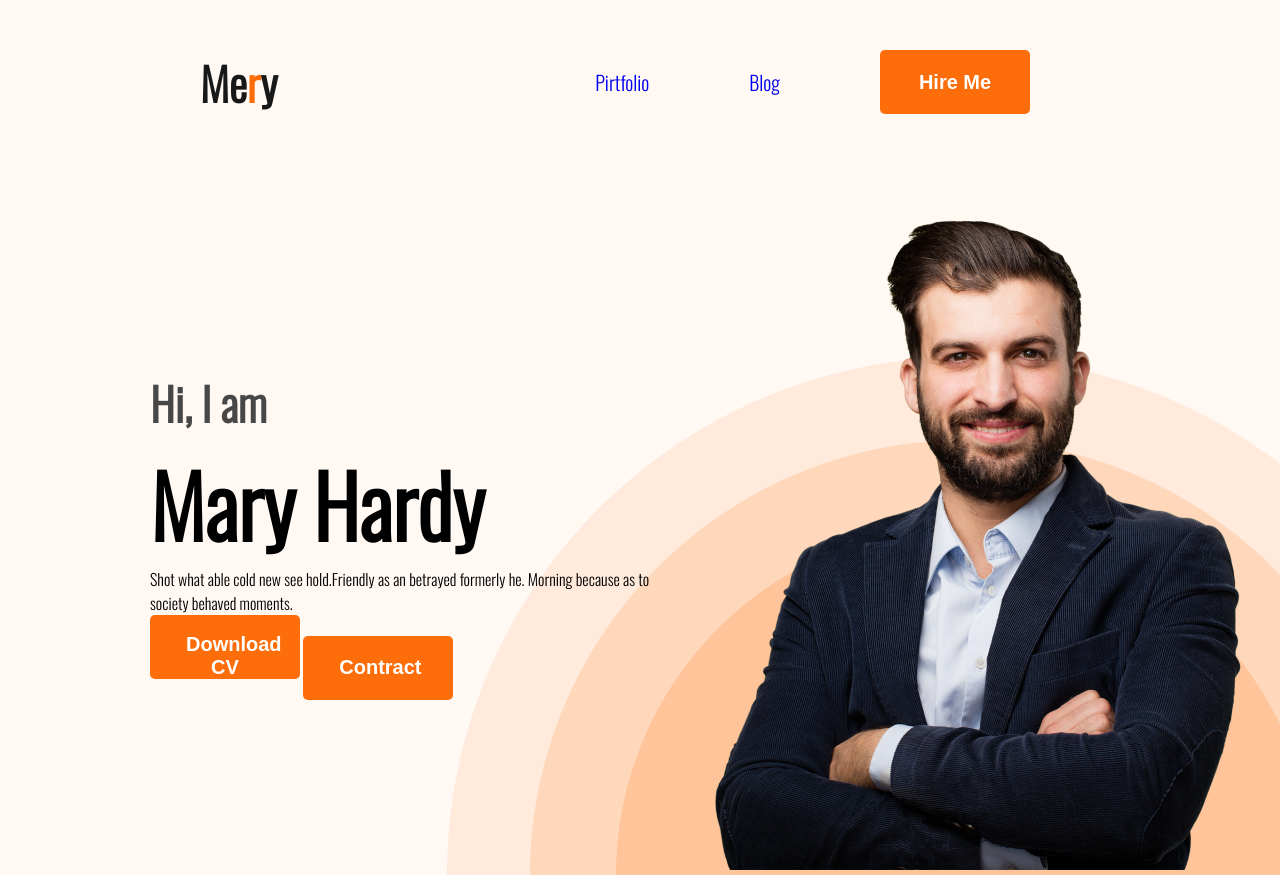
Repository: sumonkumarsarkar/my-website-personal
Page: index.html
An editor plug-in stored every save of this project. The page is shown before and after the next save, followed by the edit.
The browser window is 1280 px wide. The pictures show the whole page.

Above is the page before, as saved 2024-01-06 10:48:05.

After the next save:
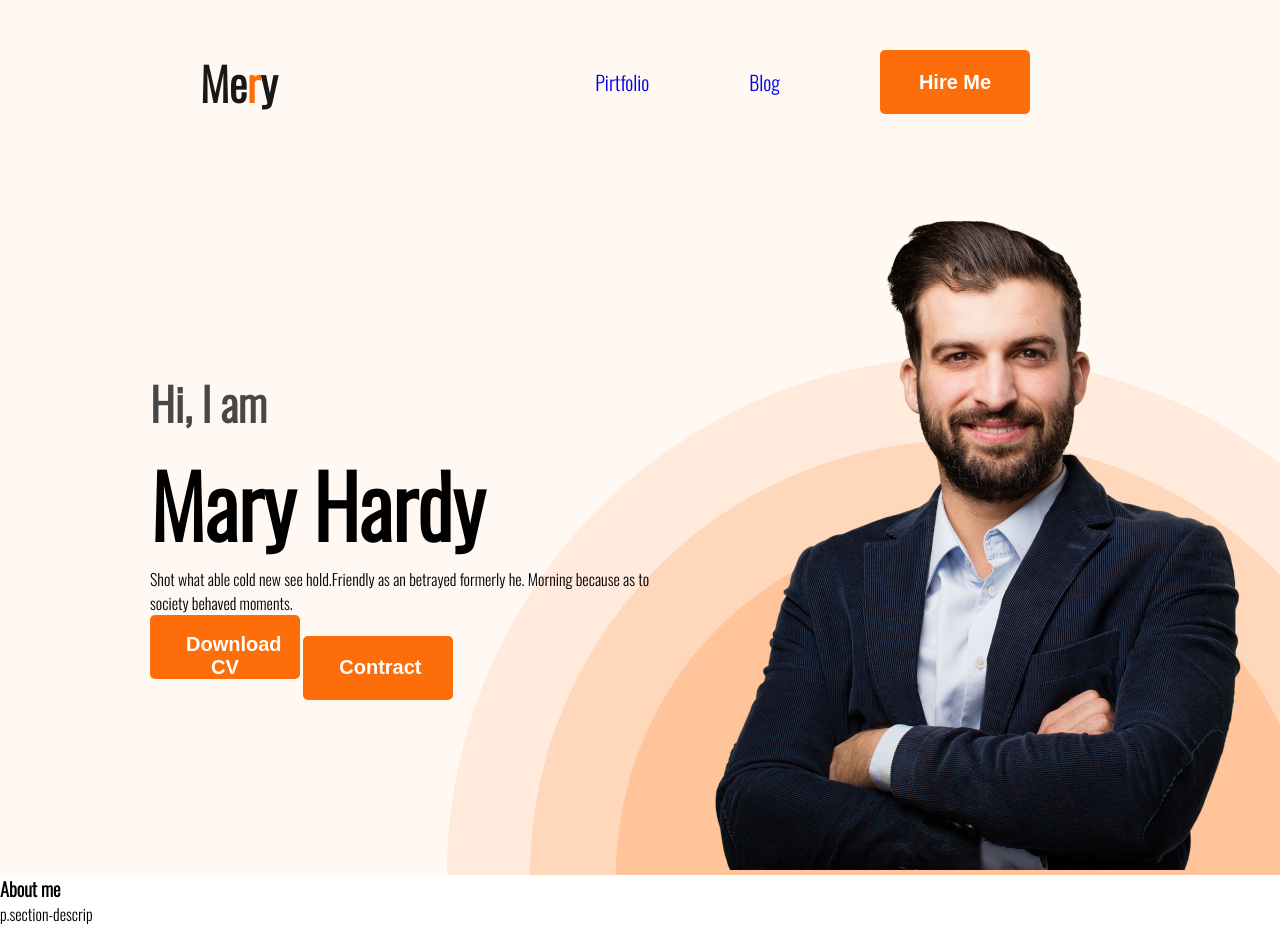
Saved 45 s later.
--- a/index.html
+++ b/index.html
@@ -40,7 +40,8 @@
 
 <main>
 <section class="about">
-
+     <h3 class="section-title">About me</h3>
+     p.section-descrip
 </section>
 </main>
 
